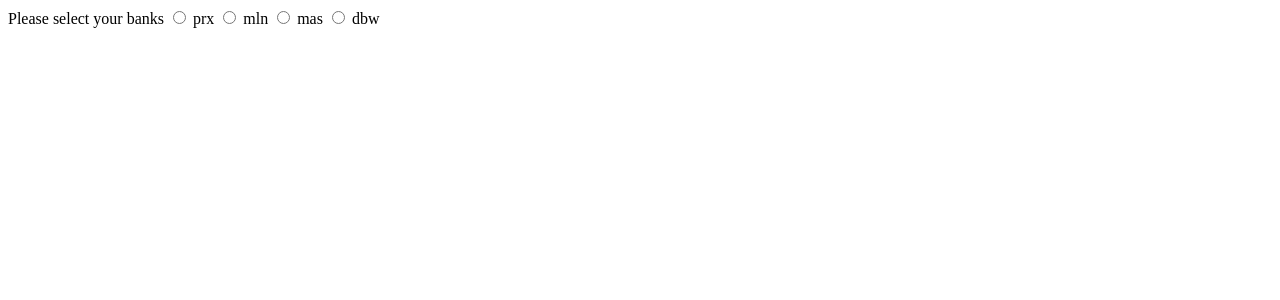
Repository: KingWisdomDEV/kingwisdomdev.github.io
Page: search-keys/index.html
These files come from the project's save history. The page is drawn as it stood at one moment and after the next save; the edit follows.
The browser window is 1280 px wide. The pictures show the whole page.

Above is the page before, as saved 2022-03-27 11:16:49.
Console error: TypeError: Cannot read properties of null (reading 'addEventListener')

After the next save:
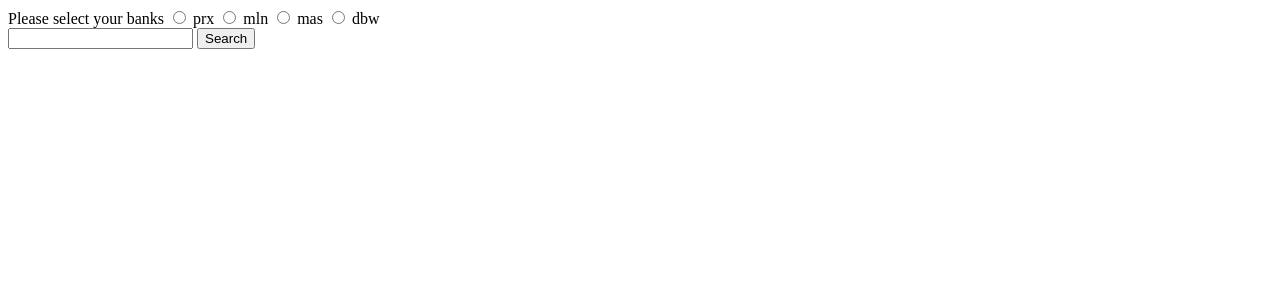
The error is gone.
Saved 7 s later.
--- a/search-keys/index.html
+++ b/search-keys/index.html
@@ -18,13 +18,13 @@
     <label for="mas">mas</label>
     <input type="radio" id="dbw" name="bankName" value="dbw">
     <label for="dbw">dbw</label>
-    <!-- <br>
+    <br>
     <input type="text" id="keywords" />
     <button id="btn-search">Search</button>
 
     <div id="result">
 
-    </div> -->
+    </div>
     <script src="./script.js"></script>
 </body>
 
